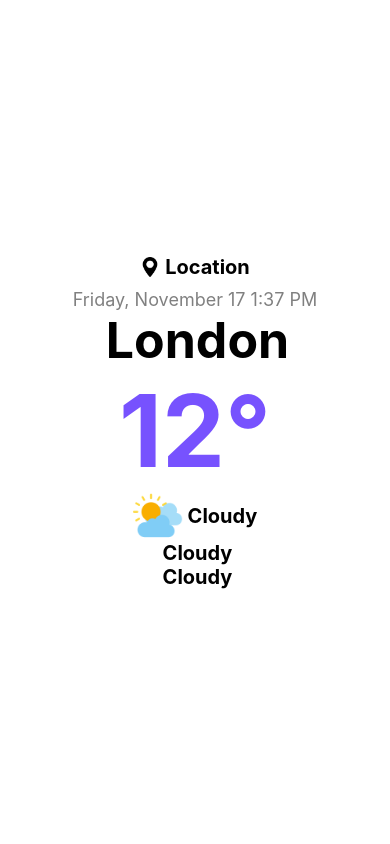
Repository: praveen080/react-native-weatherAppV1
Screen: /
An editor plug-in stored every save of this project. The screen is shown before and after the next save, followed by the edit.
The app was drawn by React Native's web renderer in a window 390 px wide. The project was rebuilt for these pictures with package versions that can differ from the ones it lists, and the page was loaded fresh each time. Also part of the build but not shown: Screens/startUp.js.

Above is the screen before, as saved 2023-11-17 13:46:28.

### App.js
import { StatusBar } from "expo-status-bar";
import { StyleSheet, Text, View } from "react-native";
import StartPage from "./Screens/startUp";
import Home from "./Screens/Home";

export default function App() {
  return (
    <View style={styles.container}>
      {/* <StartPage /> */}
      <Home />
    </View>
  );
}

const styles = StyleSheet.create({
  container: {
    flex: 1,
    backgroundColor: "#ff f",
    alignItems: "center",
    justifyContent: "center",
  },
});

### Screens/Home.js
import React from "react";
import { View, Text, Image, TouchableOpacity, StyleSheet } from "react-native";

const Home = () => {
  const currentDate = new Date();

  // Format the date and time
  const formattedDate = currentDate.toLocaleDateString("en-US", {
    weekday: "long",
    day: "numeric",
    month: "long",
  });

  const formattedTime = currentDate.toLocaleTimeString("en-US", {
    hour: "numeric",
    minute: "numeric",
    hour12: true,
  });
  return (
    <View style={styles.container}>
      {/* Location Text with Icon */}
      <TouchableOpacity style={styles.locationContainer}>
        <Image source={require("./assets/location.png")} style={styles.icon} />
        <Text style={styles.locationText}>Location</Text>
      </TouchableOpacity>

      {/* Current Time and Date */}
      <Text style={styles.dateTimeText}>
        {formattedDate} {formattedTime}
      </Text>
      <Text style={styles.location}>London</Text>

      {/* Numbers */}
      <View style={styles.numbersContainer}>
        <Text style={styles.number}>12°</Text>
      </View>

      <View style={styles.locationContainer}>
        <Image
          source={require("./assets/cloudy-day.png")}
          style={styles.iconS}
        />
        <Text style={styles.locationText}>Cloudy</Text>
      </View>
      <View>
        <Text style={styles.locationText}>Cloudy</Text>
        <Text style={styles.locationText}>Cloudy</Text>
      </View>
    </View>
  );
};

export default Home;

export const styles = StyleSheet.create({
  container: {
    flex: 1,
    alignItems: "center",
    justifyContent: "center",
  },
  locationContainer: {
    flexDirection: "row",
    alignItems: "center",
  },
  locationText: {
    fontSize: 20,
    marginLeft: 5,
    fontWeight: "bold",
  },
  location: {
    fontSize: 50,
    marginLeft: 5,
    fontWeight: "bold",
  },
  icon: {
    width: 20,
    height: 20,
  },
  iconS: {
    width: 50,
    height: 50,
  },
  dateTimeText: {
    fontSize: 18,
    marginTop: 10,
    color: "grey",
  },
  numbersContainer: {
    flexDirection: "row",
    alignItems: "center",
    // marginTop: 20,
  },
  number: {
    fontSize: 100,
    // marginRight: 10,
    fontWeight: "bold",
    color: "#7752FE",
  },
  logo: {
    width: 100,
    height: 100,
    marginTop: 20,
  },
  card: {
    width: 350,
    height: 100,
    borderRadius: 10,
    backgroundColor: "lightblue",
    marginTop: 20,
  },
});

// // Weather.js

// import React, { useState } from "react";
// import { View, Text, TextInput, Button, StyleSheet } from "react-native";
// import axios from "axios";

// const Home = () => {
//   const [city, setCity] = useState("");
//   const [weatherData, setWeatherData] = useState(null);
//   const [error, setError] = useState("");

//   const apiKey = "2891236865fb81dd11cf0be56216e1cb";

//   const fetchWeatherData = async () => {
//     try {
//       const response = await axios.get(
//         `https://api.openweathermap.org/data/2.5/weather?q=${city}&appid=${apiKey}&units=metric`
//       );
//       setWeatherData(response.data);
//       setError("");
//     } catch (error) {
//       setWeatherData(null);
//       setError("City not found. Please try again.");
//     }
//   };

//   return (
//     <View style={styles.container}>
//       <Text style={styles.title}>Weather App</Text>
//       <TextInput
//         style={styles.input}
//         placeholder="Enter city"
//         value={city}
//         onChangeText={(text) => setCity(text)}
//       />
//       <Button title="Get Weather" onPress={fetchWeatherData} />
//       {weatherData && (
//         <View>
//           <Text>{`City: ${weatherData.name}`}</Text>
//           <Text>{`Temperature: ${weatherData.main.temp}°C`}</Text>
//           {/* Add more weather details as needed */}
//         </View>
//       )}
//       {error !== "" && <Text style={styles.error}>{error}</Text>}
//     </View>
//   );
// };

// const styles = StyleSheet.create({
//   container: {
//     flex: 1,
//     justifyContent: "center",
//     alignItems: "center",
//   },
//   title: {
//     fontSize: 20,
//     fontWeight: "bold",
//     marginBottom: 10,
//   },
//   input: {
//     height: 40,
//     borderColor: "gray",
//     borderWidth: 1,
//     marginBottom: 10,
//     padding: 10,
//     width: 200,
//   },
//   error: {
//     color: "red",
//     marginTop: 10,
//   },
// });

// export default Home;

After the next save:
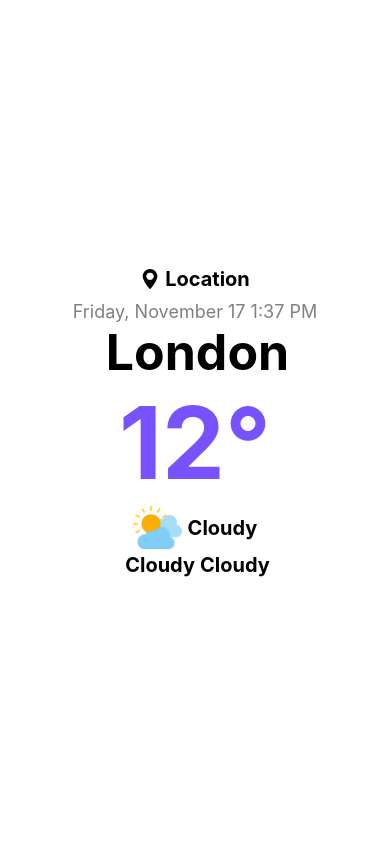
Saved 14 s later.
--- a/Screens/Home.js
+++ b/Screens/Home.js
@@ -42,7 +42,7 @@ const Home = () => {
         />
         <Text style={styles.locationText}>Cloudy</Text>
       </View>
-      <View>
+      <View style={styles.locationContainer}>
         <Text style={styles.locationText}>Cloudy</Text>
         <Text style={styles.locationText}>Cloudy</Text>
       </View>
